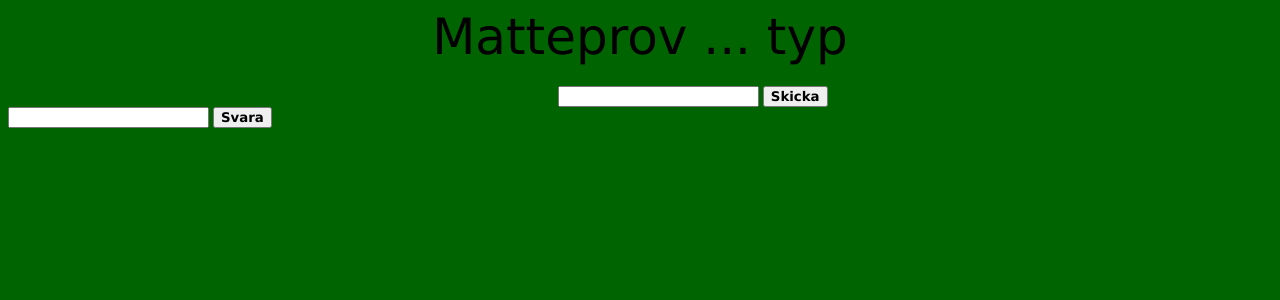
Repository: MartinArvidsson/1dv403-laborationer-Martin-Arvidsson
Page: 4-thequiz/Index.html
The author's editor kept a record of every edit. The page is drawn from the files as they stood at one moment, then again after the next edit.
The browser window is 1280 px wide. The pictures show the whole page.
The page's requests for data from a server got no answer.

Above is the page before.

### 4-thequiz/Index.html
<!DOCTYPE HTML>
<head>
    <html>
        <title>TheQuiz</title>
            <meta charset="utf-8"/>
        <link rel="stylesheet" type="text/css" href="Style.css" />
    </head>
    <body>
        <div id="Container">
            <div id="Questionboard">
                <header>Matteprov ... typ</header>
                <div id="Questions">
                <p id="question"></p>
                </div>

                <form>
                    <input type="text" id="svar"/>
                    <input type="submit" id="Button" value="Skicka"/>
                </form>

                <input type="text" id="svar" />
                <input type="submit" id="Button" value="Svara"/>
            </div>
        </div>
        <script type="text/javascript" src="Quiz.js"></script>
    </body>
</html>

### 4-thequiz/Style.css
html{
    background:Darkgreen;
}
header{
    font-family:verdana;
    text-align:center;
    font-weight:lighter;
    font-size:50px;
    margin:auto;
}
#Questions{
    font-family:verdana;
    text-align:center;
    font-weight:lighter;
    font-size:20px;
}
form{
    padding-left:43.5%;

}
input
{
    font-family:verdana;
    font-weight:bold;
}

### 4-thequiz/Quiz.js
"use strict";

var Quiz ={

    questionArray:[],
    tries: 0,
    serverObject: null,


    init:function(){
        var userInput = document.getElementById("svar");
        Quiz.renderQuestion("http://vhost3.lnu.se:20080/question/1");
        document.getElementById("Button").addEventListener("click", function(e){ //Trycker på knappen funkion

            if(userInput.value !== "")
            {
                Quiz.answerQuestion(userInput.value, Quiz.serverObject.nextURL);
            }
            else
            {
                e.preventDefault();
            }
        });

    userInput.addEventListener("keydown",function(e) { //Trycker enter funktion

            if(e.keycode === 13)
            {
                if(userInput.value !== "")
                {
                    Quiz.answerQuestion(userInput.value, Quiz.serverObject.nextURL);
                }
                else
                {
                    e.preventDefault();
                }
            }
        });
    },

    renderQuestion: function(url){ //Renderar ut frågorna
        Quiz.tries = 0;
        var XHR  = new XMLHttpRequest();
        var Questionfromserver = document.getElementById("question");
        var userInput = document.getElementById("svar");

        userInput.value ="";

        XHR.onreadystatechange = function(){
            if(XHR.readyState === 4 && XHR.status === 200)
            {
                console.log("hej")
                Quiz.serverObject = JSON.parse(XHR.responseText);
                Questionfromserver.innerHTML = Quiz.serverObject.question;
            }
        };

        XHR.open("GET",url, true);
        XHR.send(null);
    },

    answerQuestion: function(answer, url){

        var XHRTwo = new XMLHttpRequest();
        var i;

        var status = document.getElementById("Questions");

        XHRTwo.onreadystatechange = function(){
            if(XHRTwo.readyState === 4)
            {
                var Serverresponse = JSON.parse(XHRTwo.responseText);
                if (Serverresponse.message === "Correct answer!"
                )
                {
                    if(Serverresponse.nextURL !== undefined)
                    {
                        Quiz.questionArray.push(Quiz.tries);
                        Quiz.renderQuestion(Serverresponse.nextURL);
                        status.innerHTML ="Rätt svar, bra jobbat";
                    }
                    else
                    {
                        Quiz.questionArray.push(Quiz.tries);
                        status.innerHTML ="Grattis!, Resultat:";
                        document.getElementById("Button").disabled = true;
                        document.getElementById("svar").value ="";
                        document.getElementById("svar").disabled = true;

                        for (i = 1; i < Quiz.questionArray.length + 1; i +=1)
                        {
                            var questionTag = document.createElement("p");
                            questionTag.innerHTML = "fråga"+i+": "+Quiz.questionArray[i-1]+"försök";
                            status.appendChild(questionTag);
                        }
                    }
                }
                else
                {
                    Quiz.tries +=1;
                    document.getElementById("svar").value = "";
                    status.innerHTML = "fel svar, försök igen";
                }
            }
        };
        var Json = {answer: answer};
        var sendanAnswer = JSON.stringify(Json);
        XHRTwo.open("POST",url,true);
        XHRTwo.setRequestHeader("Content-type","application/json");
        XHRTwo.send(sendanAnswer);
    },
};
window.onload = Quiz.init;

After the next edit:
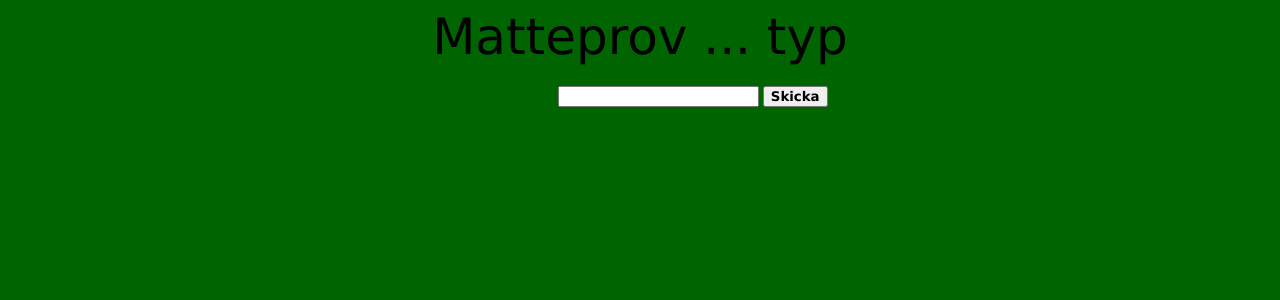
The edit:
--- a/4-thequiz/Index.html
+++ b/4-thequiz/Index.html
@@ -17,9 +17,6 @@
                     <input type="text" id="svar"/>
                     <input type="submit" id="Button" value="Skicka"/>
                 </form>
-
-                <input type="text" id="svar" />
-                <input type="submit" id="Button" value="Svara"/>
             </div>
         </div>
         <script type="text/javascript" src="Quiz.js"></script>
